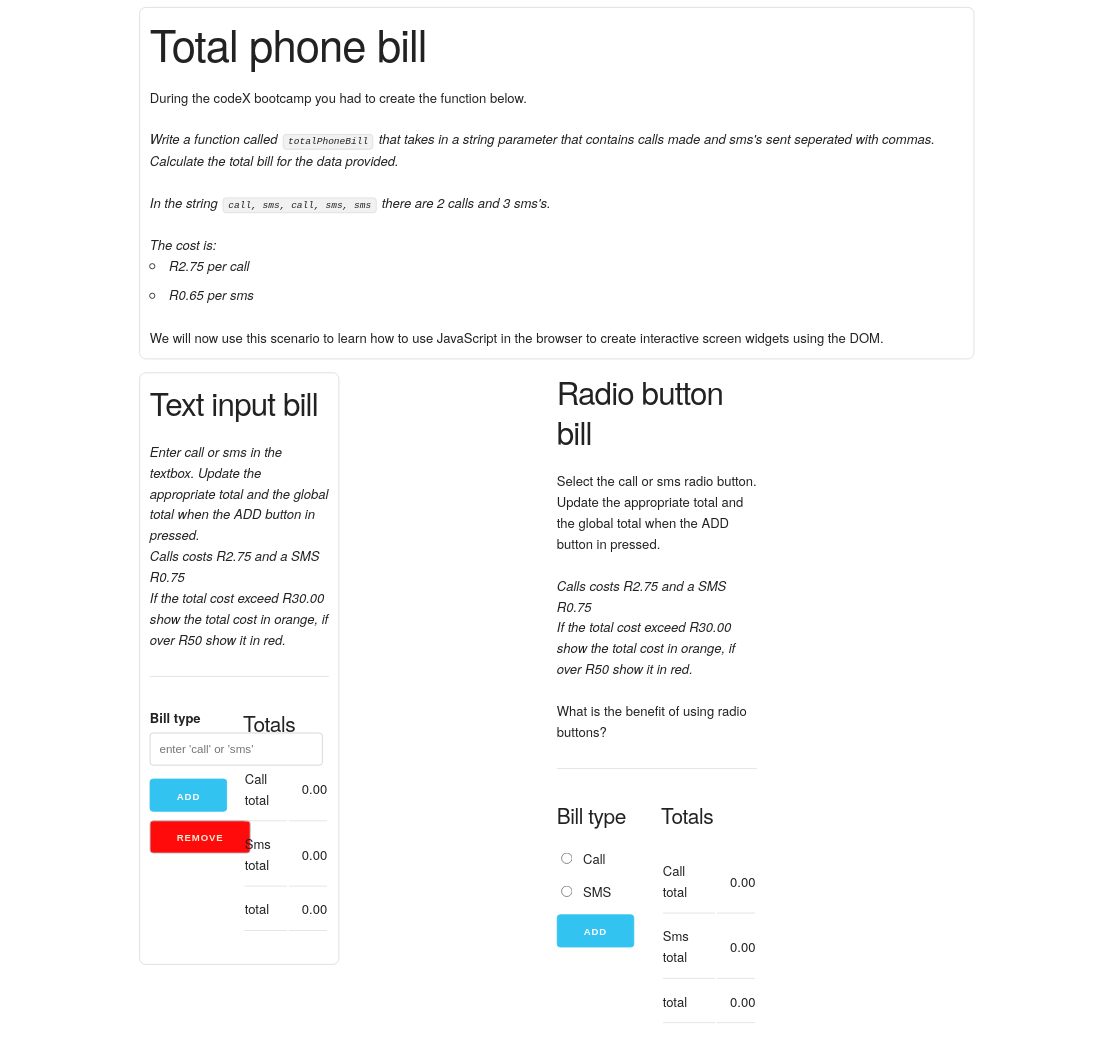
Repository: lasity34/Dom-intro-handlebars
Page: index.html
These files come from the project's save history. The page is drawn as it stood at one moment and after the next save; the edit follows.
The browser window is 1280 px wide. The pictures show the whole page, at 87% of full size.
Some web libraries are served in a nearby version.

Above is the page before, as saved 2023-05-09 08:40:56.

After the next save:
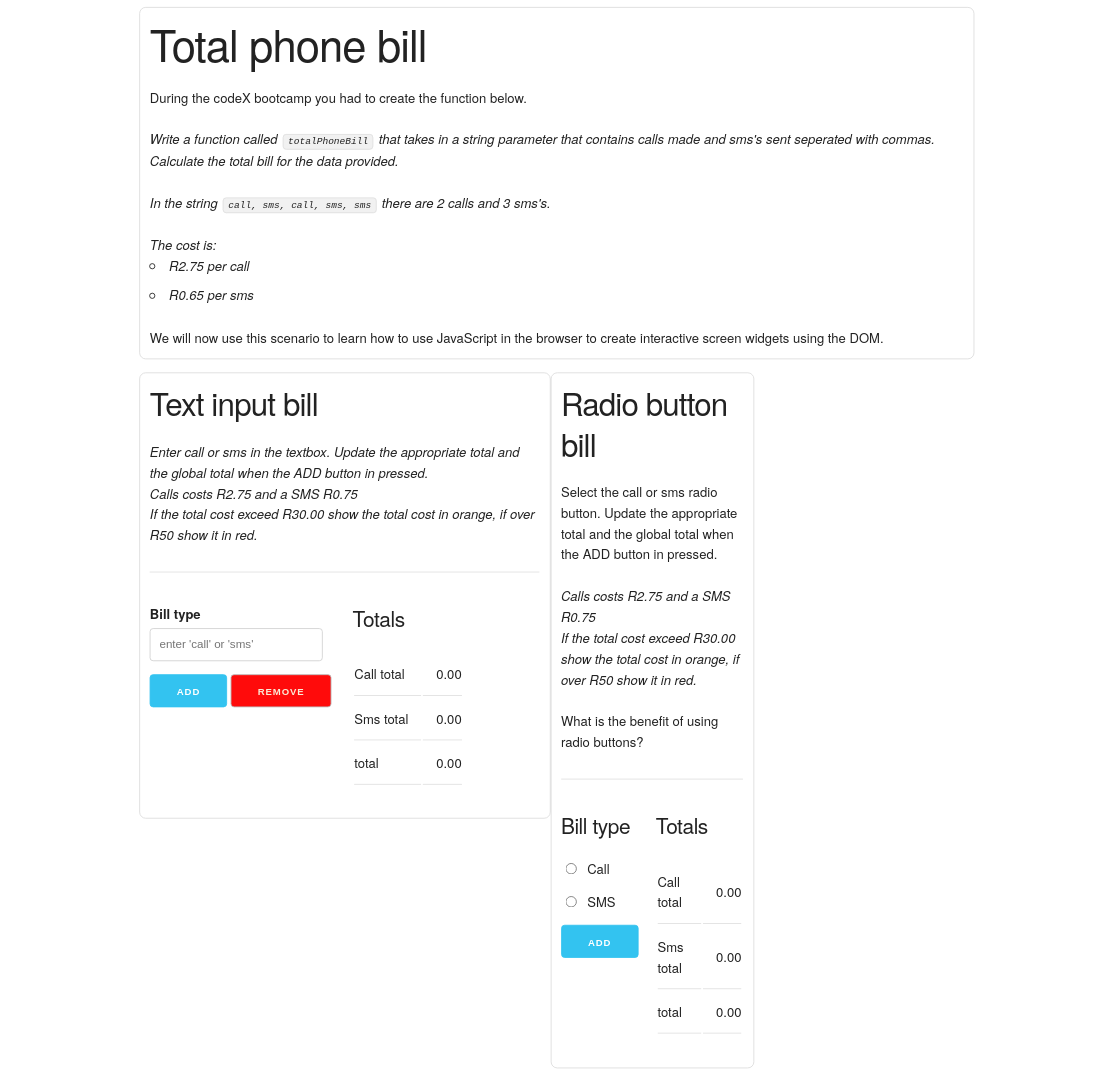
Saved 36 s later.
--- a/index.html
+++ b/index.html
@@ -53,7 +53,7 @@
       </div>
       <div class="widget_container">
       <div class="width">
-        <div class="six columns box">
+        <div class=" box">
           <!--  text input bill -->
           <h3>Text input bill</h3>
 
@@ -105,7 +105,7 @@
         </div>
       </div>
       <div class="width">
-        <div class="six columns ">
+        <div class="six columns box">
           <h3>Radio button bill</h3>
 
           <div class="">
